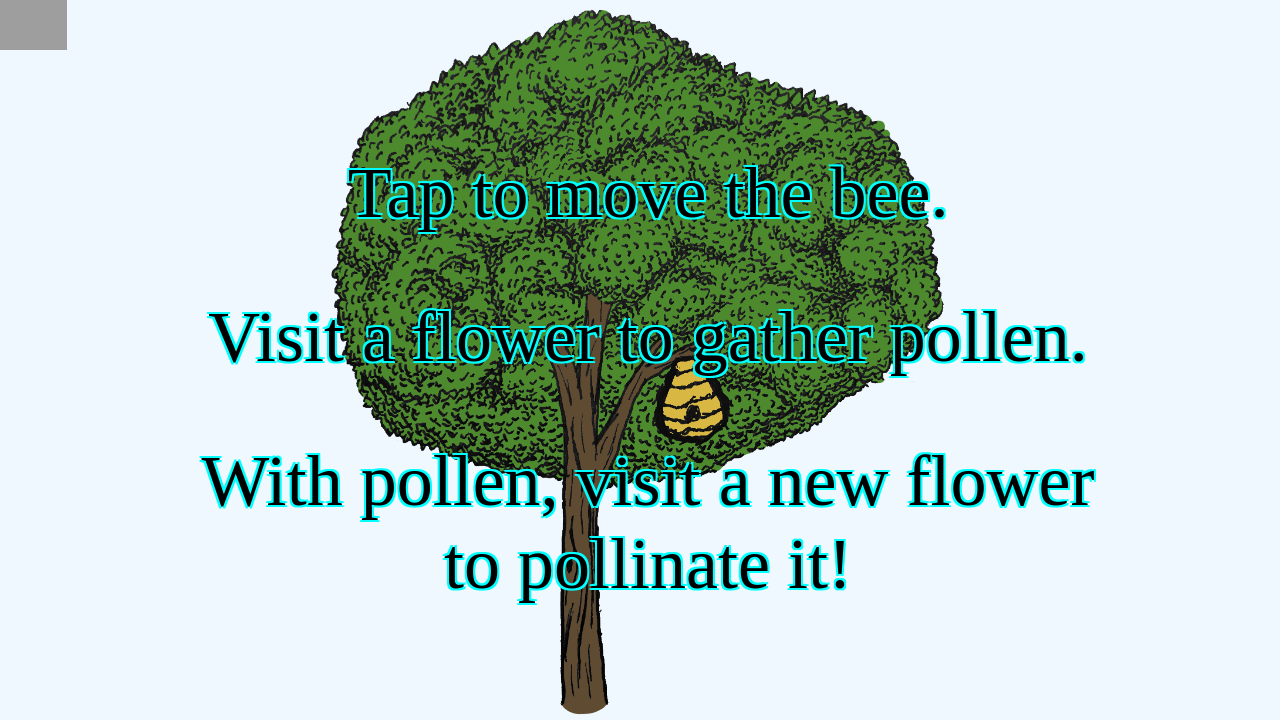
Repository: GhaidaElSaied/edu-Learning-Application
Page: workspace/app/views/interactions/bee.html
The author's editor kept a record of every edit. The page is drawn from the files as they stood at one moment, then again after the next edit.
The browser window is 1280 px wide. The pictures show the whole page.
Pictures or frames that could not be fetched are drawn as grey boxes.

Above is the page before.
Console error: ReferenceError: $ is not defined

### workspace/app/views/interactions/bee.html
<canvas id = "Canvas">
    Sorry, canvas not supported
</canvas>
<img id="bee" src="http://bestanimations.com/Animals/Insects/Bees/bee-animated-gif-36.gif" />
<img class="tree" src="../assets/treetransparent.png" />
<img class="flower" id="one" src="../assets/flower.png" />
<img class="flower" id="two" src="../assets/flower.png" />
<img class="flower" id="three" src="../assets/flower.png" />
<img class="flower" id="four" src="../assets/flower.png" />
<img class="flower" id="five" src="../assets/flower.png" />
<img class="flower" id="six" src="../assets/flower.png" />
<img class="flower" id="seven" src="../assets/flower.png" />
<img class="flower" id="eight" src="../assets/flower.png" />
<img class="flower" id="nine" src="../assets/flower.png" />

<img class="flower" id="aone" src="../assets/apple.png" />
<img class="flower" id="atwo" src="../assets/apple.png" />
<img class="flower" id="athree" src="../assets/apple.png" />
<img class="flower" id="afour" src="../assets/apple.png" />
<img class="flower" id="afive" src="../assets/apple.png" />
<img class="flower" id="asix" src="../assets/apple.png" />
<img class="flower" id="aseven" src="../assets/apple.png" />
<img class="flower" id="aeight" src="../assets/apple.png" />
<img class="flower" id="anine" src="../assets/apple.png" />

<div id="instructions">
    <p id="pone">Tap to move the bee.</p>
    <p id="ptwo">Visit a flower to gather pollen.</p>
    <p id="pthree">With pollen, visit a new flower</br> to pollinate it!</p>
</div>

<style>
    body{
        background-color: #f0f8ff;
    }

    canvas{
        position: absolute;
        width: 100%;
        height: 100%;
        z-index: 2;
    }

    #instructions{
        text-align: center;
        position: absolute;
        width: 100%;
        height: 100%;
        opacity: 1;
    }

    p{
        position: absolute;
        font-size: 10vh;
        left: 0;
        right: 0;
        margin: auto;
        z-index: 4;
        color: black;
        text-shadow:
            -2px -2px 0 #0ff,
            2px -2px 0 #0ff,
            -2px 2px 0 #0ff,
            2px 2px 0 #0ff;
    }

    #pone{
        top: 20%;
    }

    #ptwo{
        top: 40%;
    }

    #pthree{
        top: 60%;
    }

    #bee{
        position: absolute;
        top: 0;
        left: 0;
        width: auto;
        height: 50px;
        z-index: 3;
    }

    .tree{
        position: absolute;
        left: 0;
        right: 0;
        top: 0;
        bottom: 0;
        margin: auto;
        height: 100%;
        z-index: 0;
    }

    .flower{
        position: absolute;
        height: 5%;
        z-index: 1;
        opacity: 0;
    }

    #one{
        left: 45%;
        top: 8%;
    }

    #two{
        left: 34%;
        top: 48%;
    }

    #three{
        left: 41%;
        top: 41%;
    }

    #four{
        left: 56%;
        top: 36%;
    }

    #five{
        left: 62%;
        top: 46%;
    }

    #six{
        left: 37%;
        top: 25%;
    }

    #seven{
        left: 66%;
        top: 33%;
    }

    #eight{
        left: 55%;
        top: 20%;
    }

    #nine{
        left: 29%;
        top: 42%;
    }

    #aone{
        left: 45%;
        top: 8%;
    }

    #atwo{
        left: 34%;
        top: 48%;
    }

    #athree{
        left: 41%;
        top: 41%;
    }

    #afour{
        left: 56%;
        top: 36%;
    }

    #afive{
        left: 62%;
        top: 46%;
    }

    #asix{
        left: 37%;
        top: 25%;
    }

    #aseven{
        left: 66%;
        top: 33%;
    }

    #aeight{
        left: 55%;
        top: 20%;
    }

    #anine{
        left: 29%;
        top: 42%;
    }
</style>
<script>
    var canvas;
    $(function(){
        console.log("paper", paper)
        canvas = document.getElementById("Canvas"),
        paper.setup(canvas)

        InitializeBee()

        InitializeTree()
    });



canvas.addEventListener("touchend", function (e) {
    mX = e.pageX;
    mY = e.pageY;
});

canvas.addEventListener("touchstart", function (e) {
    if(!started){
        started = true;
        render();
    }
});

canvas.addEventListener("touchleave", function (e) {
    started = false;
});

var Ball = function (x, y, radius, color) {
    this.x = x || 0;
    this.y = y || 0;
    this.radius = radius || 10;
    this.speed = 5;
    this.color = color || "rgb(255,0,0)";

    this.velX = 0;
    this.velY = 0;
}

Ball.prototype.update = function (x, y) {
    // get the target x and y
    this.targetX = x;
    this.targetY = y;

    // We need to get the distance this time around
    var tx = this.targetX - this.x,
        ty = this.targetY - this.y,
        dist = Math.sqrt(tx * tx + ty * ty);

    /*
    * we calculate a velocity for our object this time around
    * divide the target x and y by the distance and multiply it by our speed
    * this gives us a constant movement speed.
    */

    this.velX = (tx / dist) * this.speed;
    this.velY = (ty / dist) * this.speed;

    // Stop once we hit our target. This stops the jittery bouncing of the object.
    if (dist > this.radius/2) {
        // add our velocities
        this.x += this.velX;
        this.y += this.velY;
    }
};

Ball.prototype.render = function () {
    ctx.fillStyle = this.color;
    ctx.beginPath();
    // draw our circle with x and y being the center
    ctx.arc(this.x-this.radius/2, this.y-this.radius/2, this.radius, 0, Math.PI * 2);
    ctx.closePath();
    ctx.fill();
};

var ball1 = new Ball(width/2, height/2, 10);

function render() {
    ctx.clearRect(0, 0, width, height);
    ball1.update(mX, mY);
    ball1.render();
    if(started){
        requestAnimationFrame(render);
    }
}

render();
</script>

After the next edit:
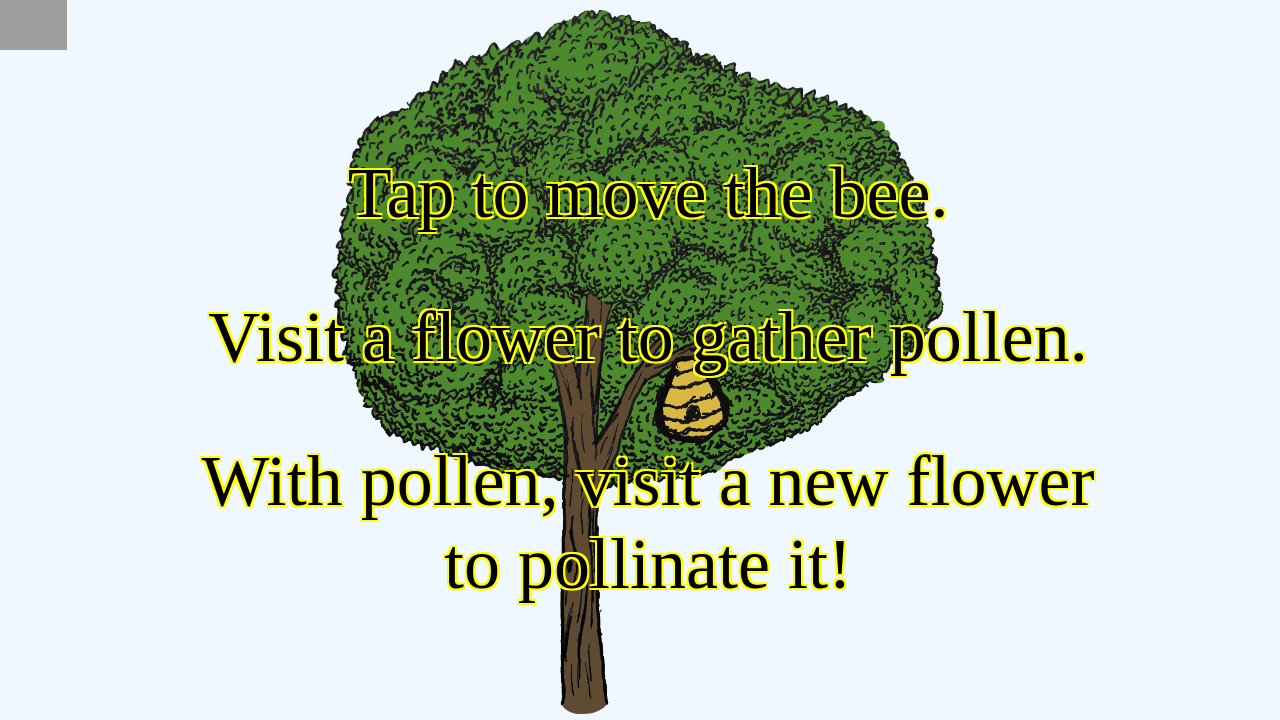
The edit:
--- a/workspace/app/views/interactions/bee.html
+++ b/workspace/app/views/interactions/bee.html
@@ -58,10 +58,10 @@
         z-index: 4;
         color: black;
         text-shadow:
-            -2px -2px 0 #0ff,
-            2px -2px 0 #0ff,
-            -2px 2px 0 #0ff,
-            2px 2px 0 #0ff;
+            -2px -2px 0 #ff0,
+            2px -2px 0 #ff0,
+            -2px 2px 0 #ff0,
+            2px 2px 0 #ff0;
     }
 
     #pone{
